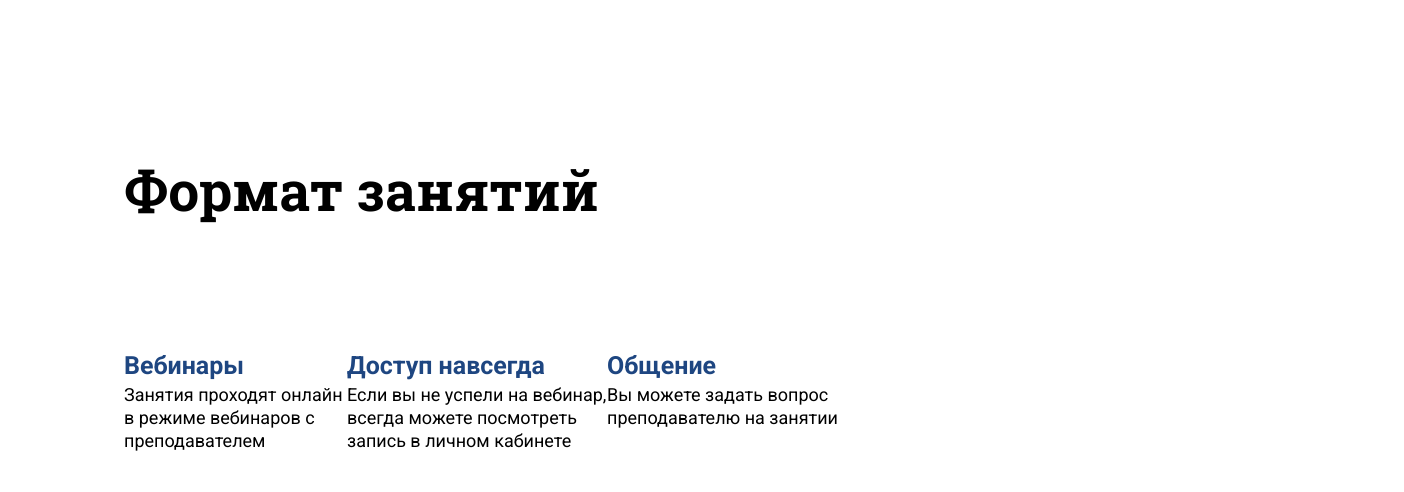
Repository: PoladEziz/Task2
Page: index.html
An editor plug-in stored every save of this project. The page is shown before and after a run of saves, followed by the edit.
The browser window is 1280 px wide. The page is 1404 px wide, so the pictures cover 1404 px, including what lies to the right of the window. The pictures show the whole page.

Above is the page before, as saved 2023-05-04 17:30:25.

### index.html
<!DOCTYPE html>
<html lang="en">

<head>
    <meta charset="UTF-8">
    <meta http-equiv="X-UA-Compatible" content="IE=edge">
    <meta name="viewport" content="width=device-width, initial-scale=1.0">
    <title>Document</title>
    <link rel="stylesheet" href="index.css">
</head>

<body>
    <div class="main">
        <div class="page-1">
            <h1>Формат занятий</h1>
            <div class="top_child">

                <ul>
                    <li>
                        <h2>Вебинары</h2>
                        <p>Занятия проходят онлайн
                            в режиме вебинаров
                            с преподавателем</p>
                    </li>

                    <li>
                        <h2>Доступ навсегда</h2>
                        <p>Если вы не успели на вебинар, всегда можете посмотреть запись в личном кабинете</p>
                    </li>

                    <li>
                        <h2>Общение</h2>
                        <p>Вы можете задать вопрос
                            преподавателю на занятии</p>
                    </li>


                </ul>
            </div>

        </div>
        <!-- <div class="page-2">
            <h1>Что узнаем</h1>
            <ul>
                <li>Кто чем занят в съёмочной группе; </li>
                <li>На какие этапы делится кинопроизводство; </li>
                <li>Как выглядит сценарий фильма и как он меняется по ходу съёмок; </li>
                <li>Какими методами режиссёры заставляют нас смеяться, плакать и грустить; </li>
                <li>Как построение кадра, музыка и свет помогают считывать заложенные в фильм смыслы; </li>
                <li>Какие жанры есть в кино и как от них зависит работа операторов, осветителей и монтажёров; </li>
                <li>Как, зная всё это, понимать, о чем фильм.</li>
            </ul>




        </div> -->


    </div>
</body>

</html>

### index.css
@import url('https://fonts.googleapis.com/css2?family=Roboto+Slab:wght@700&family=Roboto:wght@700&display=swap');
@import url('https://fonts.googleapis.com/css2?family=Roboto&family=Roboto+Slab:wght@700&display=swap');

* {
    margin: 0;
    padding: 0;
}

.main {
    width: 100%;
    display: flex;
    flex-direction: column;
}

.page-1{
    width: 100%;
    padding-top: 162px;
    padding-left: 124px;
}

.page-1  h1 {
    margin-bottom: 133px;
    font-family: "Roboto Slab";
    font-style: normal;
    font-weight: 700;
    font-size: 55px;
    line-height: 55px;
}
.page-1 ul{
    display: flex;
}
.page-1 ul li {
    list-style-type: none;
}
li:nth-child(1) {
width: 223px;
}
li:nth-child(2) {
    width: 260px;
    }
    li:nth-child(3) {
        width: 232px;
        }
.page-1 ul li h2 {
    font-family: 'Roboto';
    font-style: normal;
    font-weight: 700;
    font-size: 25px;
    line-height: 130%;
    color: #1E4681;
}

.page-1 ul li p {
 font-family: 'Roboto';
font-style: normal;
font-weight: 400;
font-size: 18px;
line-height: 130%;
}

.top_child {
    display: flex;
    flex-direction: row;
    width: 100%;
}

.page-1 h1 {
    width: 100%;
}

.bot_box {
    width: 100%;
    display: flex;
    flex-direction: column;
}

.bot_box h1 {
    font-family: Roboto Slab;
    font-size: 55px;
    font-weight: 700;
    line-height: 56px;
    text-align: left;

}

.bot_box ul li {
    font-family: Roboto;
    font-size: 24px;
    font-weight: 400;
    line-height: 36px;
    text-align: left;

}

After the next 2 saves:
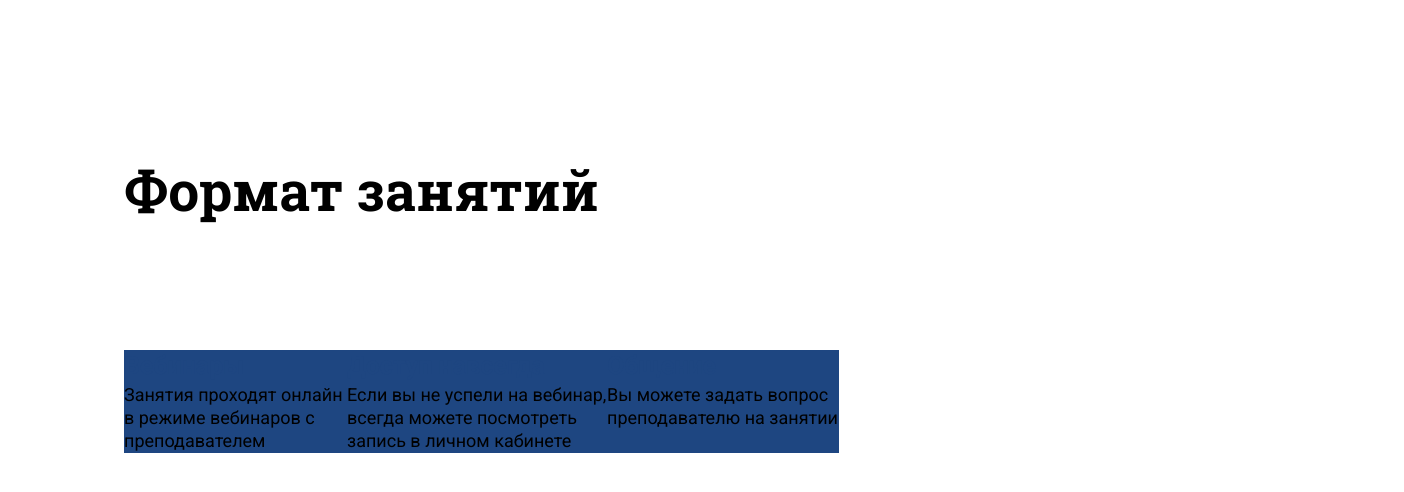
The 2 saves are shown as one change because they came seconds apart.
The last was saved 13 s later.
--- a/index.css
+++ b/index.css
@@ -28,6 +28,7 @@
 }
 .page-1 ul{
     display: flex;
+    background-color: #1E4681;
 }
 .page-1 ul li {
     list-style-type: none;
